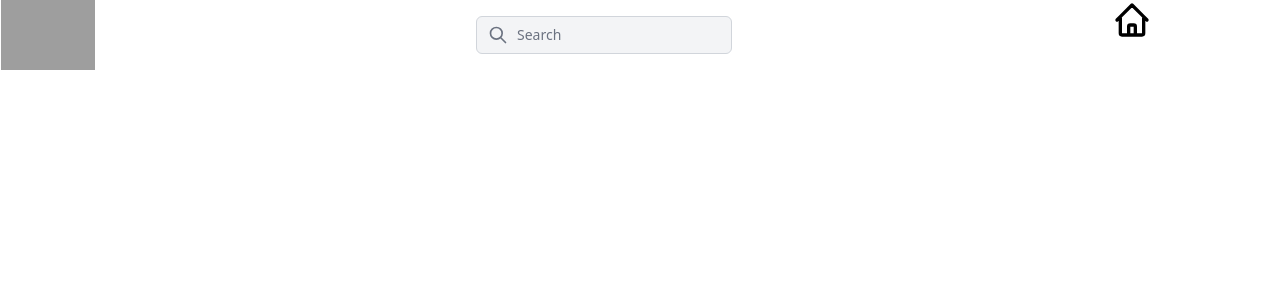
Repository: Qu4ntumGuy/insta-clone
Page: /
The author's editor kept a copy of each file at every save. The page is drawn from the files as they stood at one save, then again after the next save.
The browser window is 1280 px wide. The pictures show the whole page.
Pictures or frames that could not be fetched are drawn as grey boxes. The project was rebuilt for these pictures with package versions that can differ from the ones it lists, and the page was loaded fresh each time. The framework's server and built-in components were replaced by stand-ins that run in the browser. Also part of the build but not shown: next.config.js.

Above is the page before, as saved 2022-03-16 12:15:35.

After the next save:
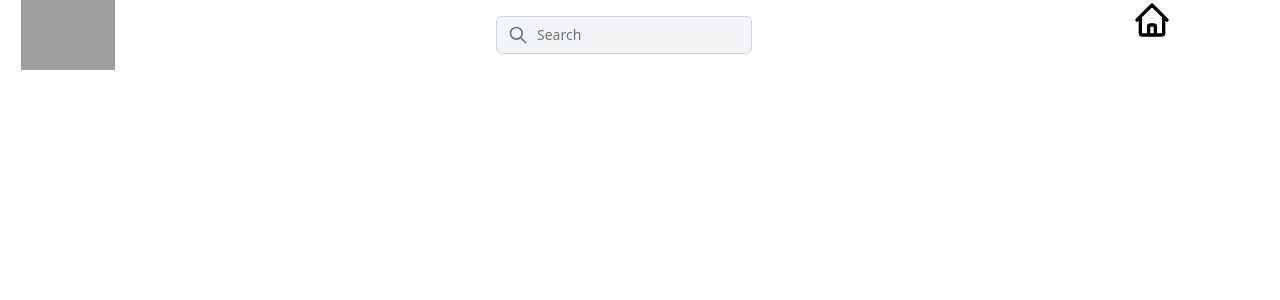
Saved 82 s later.
--- a/components/Header.js
+++ b/components/Header.js
@@ -12,7 +12,7 @@ import {
 const Header = () => {
   return (
     <div>
-      <div className="flex justify-between max-w-6xl">
+      <div className="flex justify-between max-w-6xl mx-5">
         <div className="relative hidden lg:inline-grid w-24 cursor-pointer">
           <Image
             src="https://logos-world.net/wp-content/uploads/2020/04/Instagram-Logo.png"
